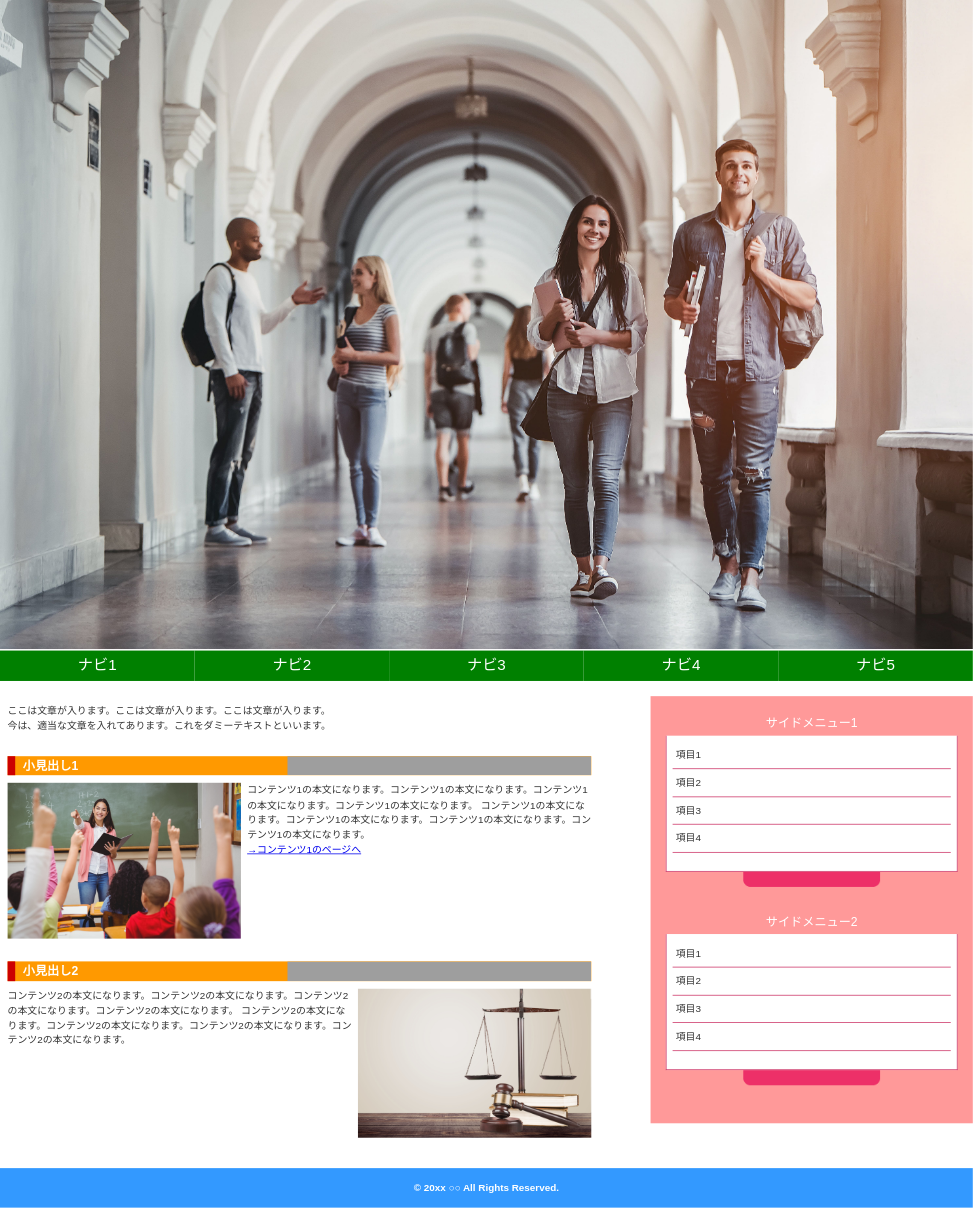
Repository: drumskoji/samurai_HTML-CSS
Page: home.html
The author's editor kept a record of every edit. The page is drawn from the files as they stood at one moment, then again after the next edit.
The browser window is 1280 px wide. The pictures show the whole page, at 76% of full size.
Pictures or frames that could not be fetched are drawn as grey boxes.

Above is the page before.
Not found: images/side_box_h2.png

After the next edit:
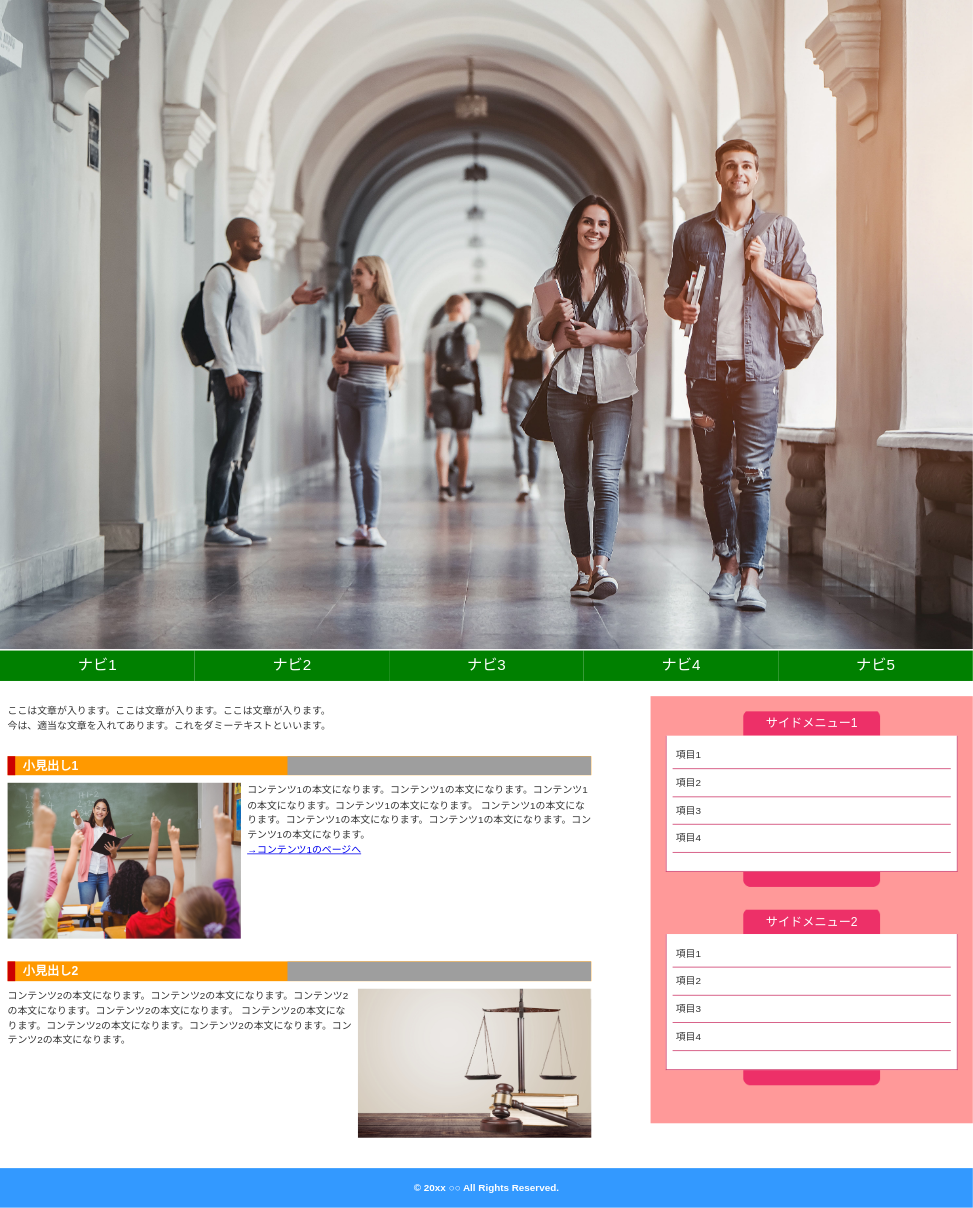
The edit:
--- a/stylesheet.css
+++ b/stylesheet.css
@@ -148,7 +148,7 @@
  	 font-size: 16px;
  	 line-height: 16px;
  	 font-weight: normal;
- 	 background: url(images/side_box_h2.png) center no-repeat;
+ 	 background: url(image/side_box_h2.png) center no-repeat;
  }
  #side .box .boxBody {
  	 padding: 8px;
